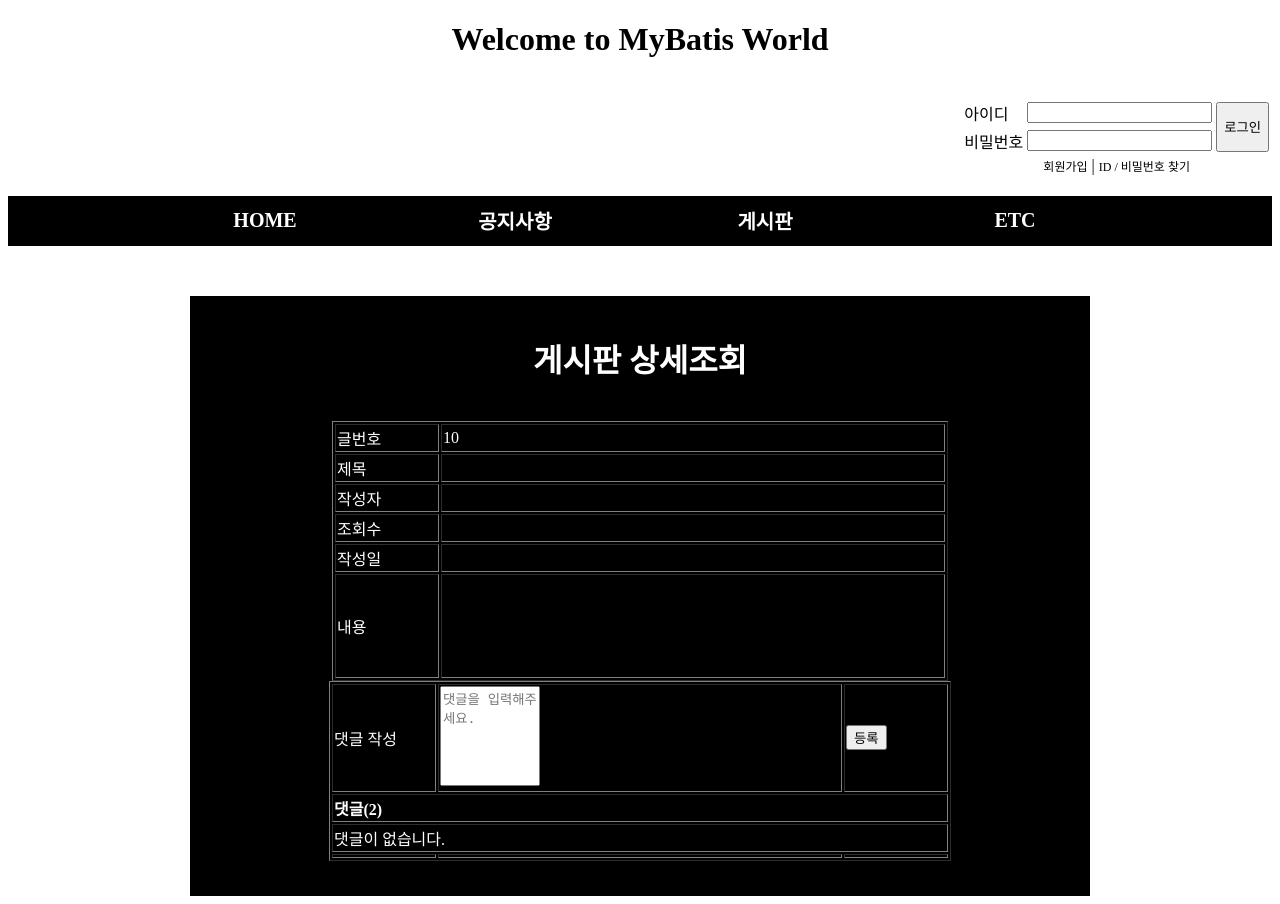
Repository: pshysd/MyBatis
Page: http://localhost/MyBatis_Project/WEB-INF/views/board/boardDetailView.jsp
These files come from the project's save history. The page is drawn as it stood at one moment and after the next save; the edit follows.
The browser window is 1280 px wide. The pictures show the whole page.
The page is served by Tomcat 9. Nobody is signed in. The template is opened directly, without the code that normally fills it, so the values that code supplies are empty.

Above is the page before, as saved 2022-11-14 06:47:01.

After the next save:
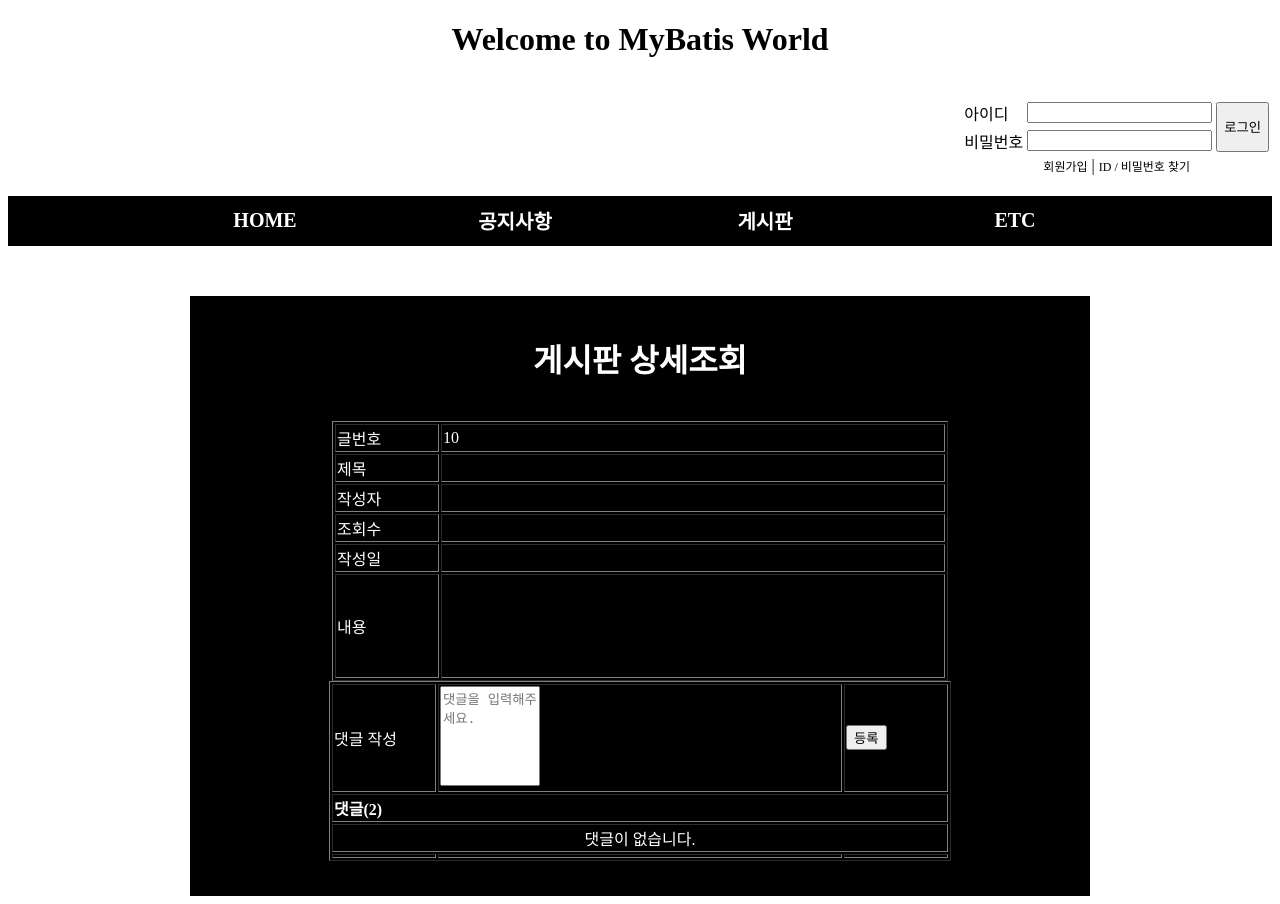
Saved 36 s later.
--- a/MyBatis_Project/webapp/WEB-INF/views/board/boardDetailView.jsp
+++ b/MyBatis_Project/webapp/WEB-INF/views/board/boardDetailView.jsp
@@ -70,7 +70,7 @@ java.util.ArrayList" %>
             <c:forEach var="r" items="list">
                 <c:choose test="empty list">
                     <tr>
-                        <td colspan="3">댓글이 없습니다.</td>
+                        <td colspan="3" style="text-align: center">댓글이 없습니다.</td>
                     </tr>
                 </c:choose>
                 <c:otherwise>
